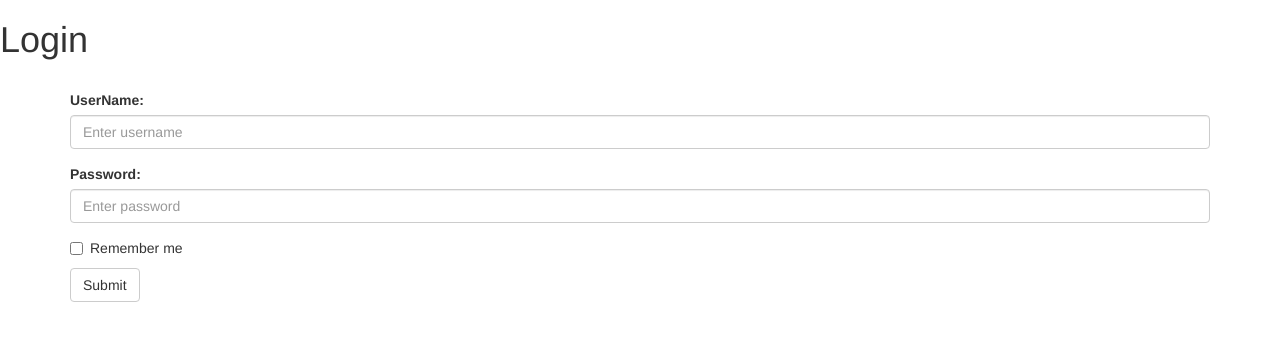
Repository: ahpraveen/springbootdemo
Page: demo/src/main/resources/static/login.html
The author's editor kept a copy of each file at every save. The page is drawn from the files as they stood at one save, then again after the next save.
The browser window is 1280 px wide. The pictures show the whole page.
Some web libraries are served in a nearby version.

Above is the page before, as saved 2018-01-22 00:53:17.

After the next save:
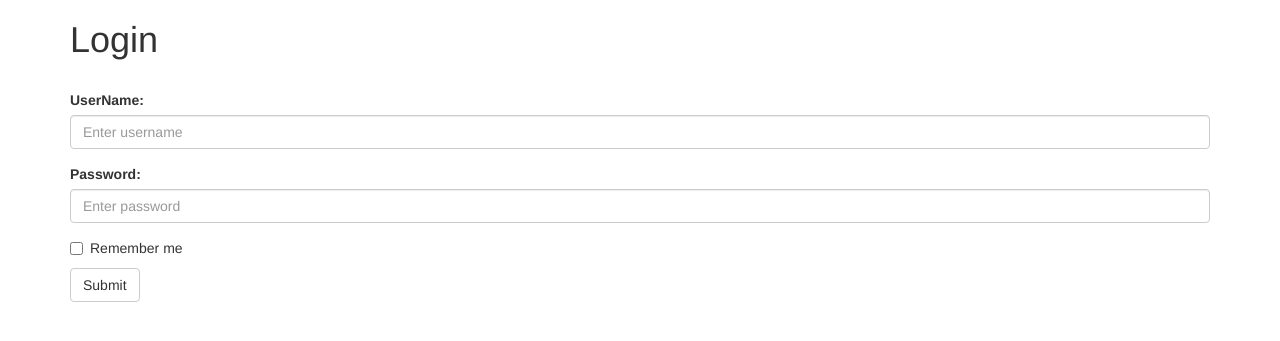
Saved 24 s later.
--- a/demo/src/main/resources/static/login.html
+++ b/demo/src/main/resources/static/login.html
@@ -9,8 +9,8 @@
 <script src="https://maxcdn.bootstrapcdn.com/bootstrap/3.3.7/js/bootstrap.min.js"></script>
 </head>
 <body>
+<div class="container">
 <h1>Login</h1><br>
-<div class="container">
 <form>
 <div class="form-group">
       <label for="userName">UserName:</label>
